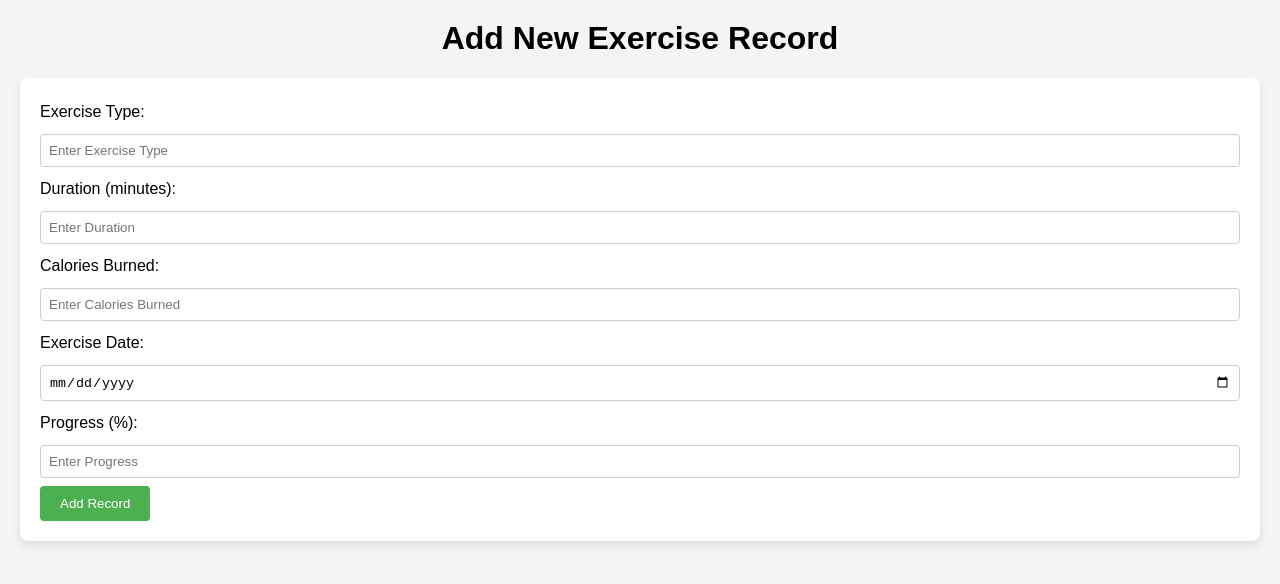
Repository: zilxhasu/eeit94-topic2
Page: http://localhost/topic2/jsp/fitness/addExerciseRecord.jsp
An editor plug-in stored every save of this project. The page is shown before and after the next save, followed by the edit.
The browser window is 1280 px wide. The pictures show the whole page.
The page is served by Tomcat 10. Nobody is signed in. The application's start-up code is not run. Other server files are loaded and not shown.

Above is the page before, as saved 2025-02-22 08:39:30.

### topic2/src/main/webapp/jsp/fitness/addExerciseRecord.jsp
<%@ page language="java" contentType="text/html; charset=UTF-8" pageEncoding="UTF-8"%>
<%@ taglib prefix="c" uri="http://java.sun.com/jsp/jstl/core" %>

<!DOCTYPE html>
<html lang="en">
<head>
    <meta charset="UTF-8">
    <meta name="viewport" content="width=device-width, initial-scale=1.0">
    <title>Add Exercise Record</title>
    <style>
        /* 表單樣式 */
        body {
            font-family: Arial, sans-serif;
            background-color: #f4f4f4;
            margin: 0;
            padding: 0;
        }

        h1 {
            text-align: center;
            margin-top: 20px;
        }

        form {
            margin: 20px;
            background-color: #fff;
            padding: 20px;
            border-radius: 8px;
            box-shadow: 0 4px 8px rgba(0, 0, 0, 0.1);
        }

        label {
            display: block;
            margin: 5px 0;
        }

        input, select {
            width: 100%;
            padding: 8px;
            margin: 8px 0;
            box-sizing: border-box;
            border-radius: 4px;
            border: 1px solid #ccc;
        }

        button {
            padding: 10px 20px;
            background-color: #4CAF50;
            color: white;
            border: none;
            border-radius: 4px;
            cursor: pointer;
        }

        button:hover {
            background-color: #45a049;
        }
    </style>
</head>
<body>
    <h1>Add New Exercise Record</h1>

    <!-- 用戶輸入 User ID -->
    <form action="../ExerciseRecordServlet" method="post">
        <input type="hidden" name="action" value="add">
   <!-- 隱藏欄位傳遞 userId -->
        <input type="hidden" name="userId" value="${userId}">

        <label>Exercise Type:</label>
        <input type="text" name="exerciseType" required placeholder="Enter Exercise Type">

        <label>Duration (minutes):</label>
        <input type="number" name="exerciseDuration" required placeholder="Enter Duration">

        <label>Calories Burned:</label>
        <input type="number" name="caloriesBurned" required placeholder="Enter Calories Burned">

        <label>Exercise Date:</label>
        <input type="date" name="exerciseDate" required>

        <label>Progress (%):</label>
        <input type="number" name="progressPercentage" required placeholder="Enter Progress">

        <button type="submit">Add Record</button>
    </form>
</body>
</html>

After the next save:
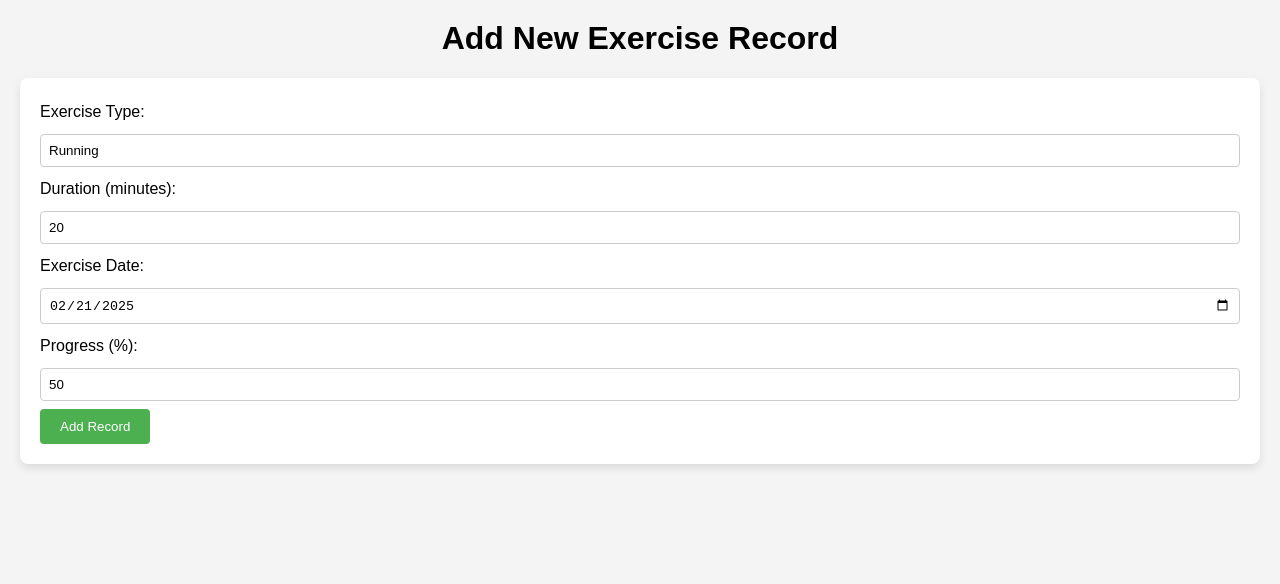
Saved 101 s later.
--- a/topic2/src/main/webapp/jsp/fitness/addExerciseRecord.jsp
+++ b/topic2/src/main/webapp/jsp/fitness/addExerciseRecord.jsp
@@ -63,23 +63,23 @@
     <!-- 用戶輸入 User ID -->
     <form action="../ExerciseRecordServlet" method="post">
         <input type="hidden" name="action" value="add">
-   <!-- 隱藏欄位傳遞 userId -->
+
+        <!-- 隱藏欄位傳遞 userId -->
         <input type="hidden" name="userId" value="${userId}">
 
         <label>Exercise Type:</label>
-        <input type="text" name="exerciseType" required placeholder="Enter Exercise Type">
+        <input type="text" name="exerciseType" required placeholder="Enter Exercise Type" value="Running">
 
         <label>Duration (minutes):</label>
-        <input type="number" name="exerciseDuration" required placeholder="Enter Duration">
+        <input type="number" name="exerciseDuration" required placeholder="Enter Duration" value="20">
 
-        <label>Calories Burned:</label>
-        <input type="number" name="caloriesBurned" required placeholder="Enter Calories Burned">
+        <!-- 移除卡路里欄位，因為它會由後端計算 -->
 
         <label>Exercise Date:</label>
-        <input type="date" name="exerciseDate" required>
+        <input type="date" name="exerciseDate" required value="2025-02-21">
 
         <label>Progress (%):</label>
-        <input type="number" name="progressPercentage" required placeholder="Enter Progress">
+        <input type="number" name="progressPercentage" required placeholder="Enter Progress" value="50">
 
         <button type="submit">Add Record</button>
     </form>
